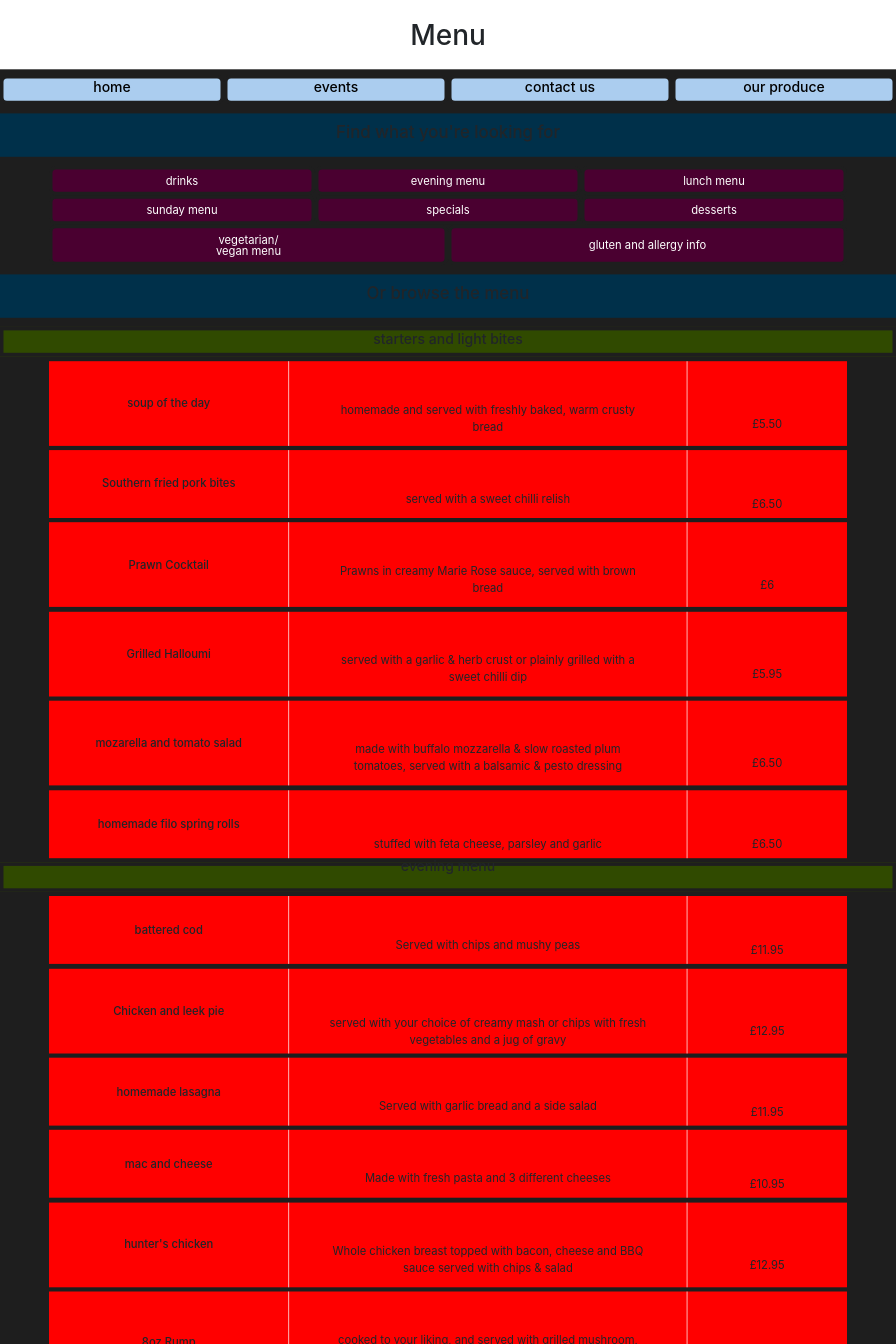
Repository: Code-Institute-Submissions/JamesLStudent-Milestone_One
Page: menu.html
The author's editor kept a record of every edit. The page is drawn from the files as they stood at one moment, then again after the next edit.
The browser window is 1280 px wide. The pictures show the part of the page from y = 0 to 1920 px (the page is 4010 px tall), at 70% of full size.

Above is the page before.
Console error: TypeError: Cannot read properties of undefined (reading 'fn')

After the next edit:
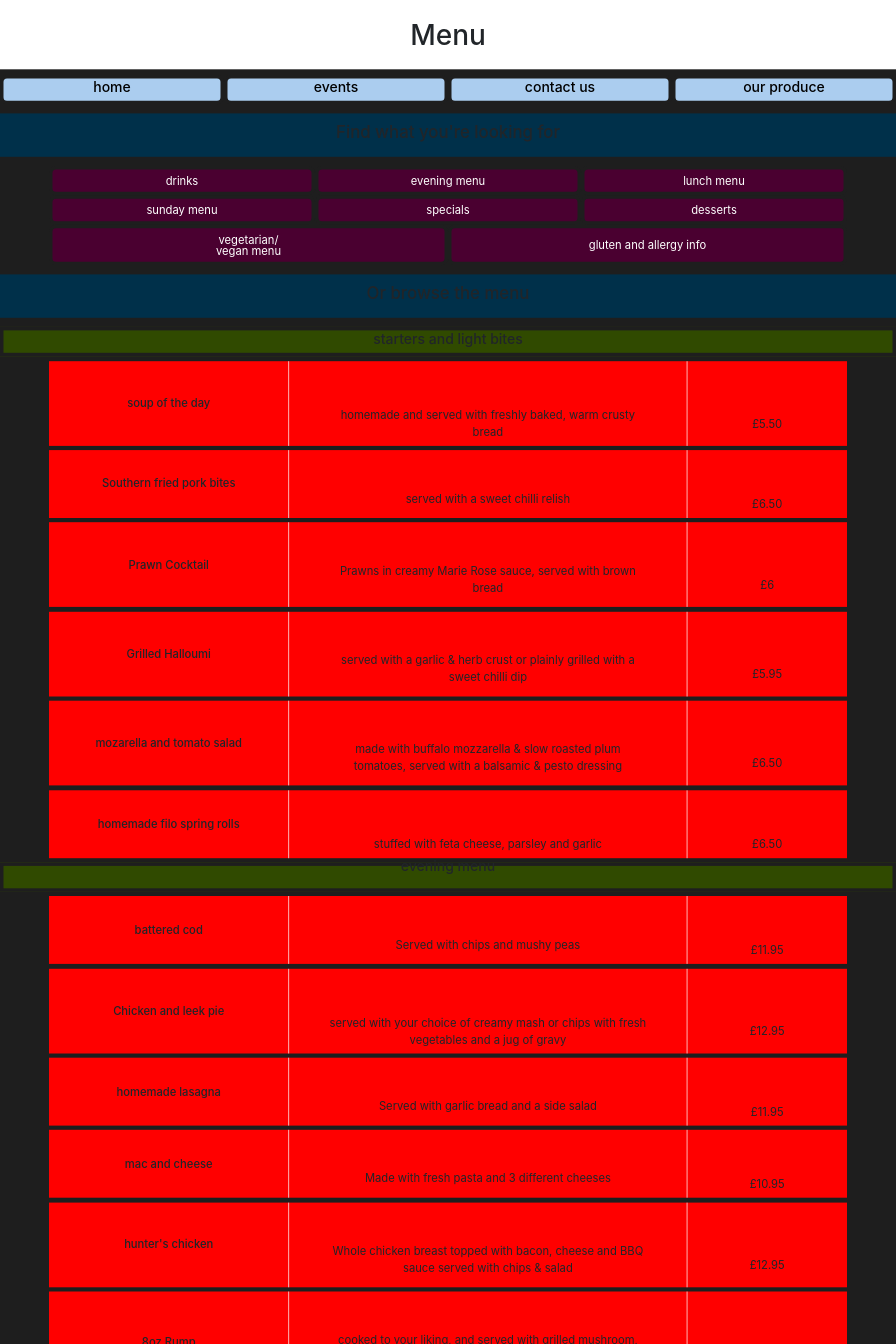
The edit:
--- a/menu.html
+++ b/menu.html
@@ -81,7 +81,7 @@
                     <h6 class="vert-align">soup of the day</h6>
                 </span>
                 <span class="food-desc ">
-                    <p>homemade and served with freshly baked, warm crusty bread</p>
+                    <p class="vert-align">homemade and served with freshly baked, warm crusty bread</p>
                 </span>
                 <span class="food-cost">
                     <p class="vert-align">£5.50</p>
